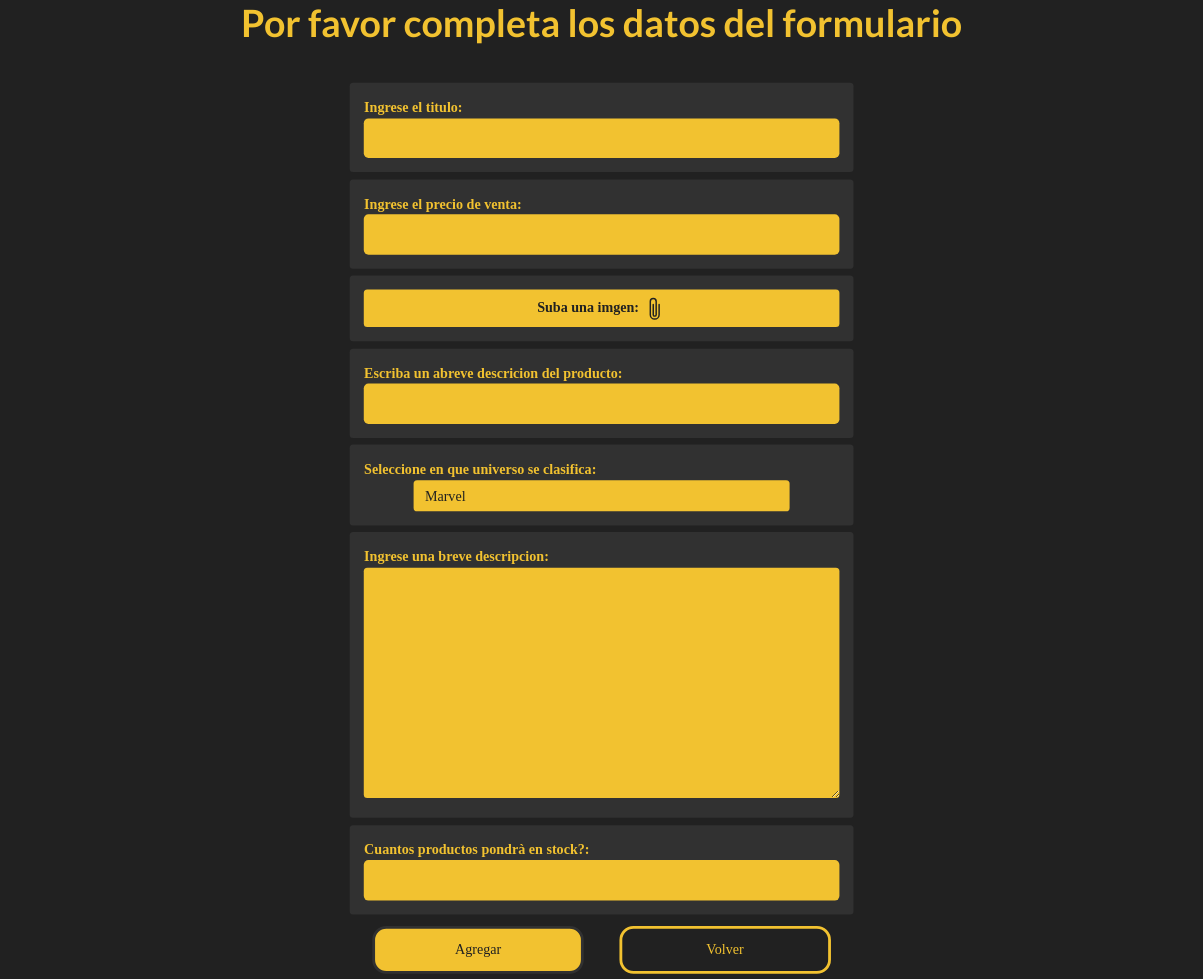
Repository: AlejandroJesusSerrano/desafioServerRouter
Page: public/index.html
These files come from the project's save history. The page is drawn as it stood at one moment and after the next save; the edit follows.
The browser window is 1280 px wide. The pictures show the whole page, at 94% of full size.
The page's requests for data from a server got no answer. Some web fonts or font styles are not loaded; a fallback is used. Some web libraries are served in a nearby version.

Above is the page before, as saved 2022-08-09 23:12:26.

After the next save:
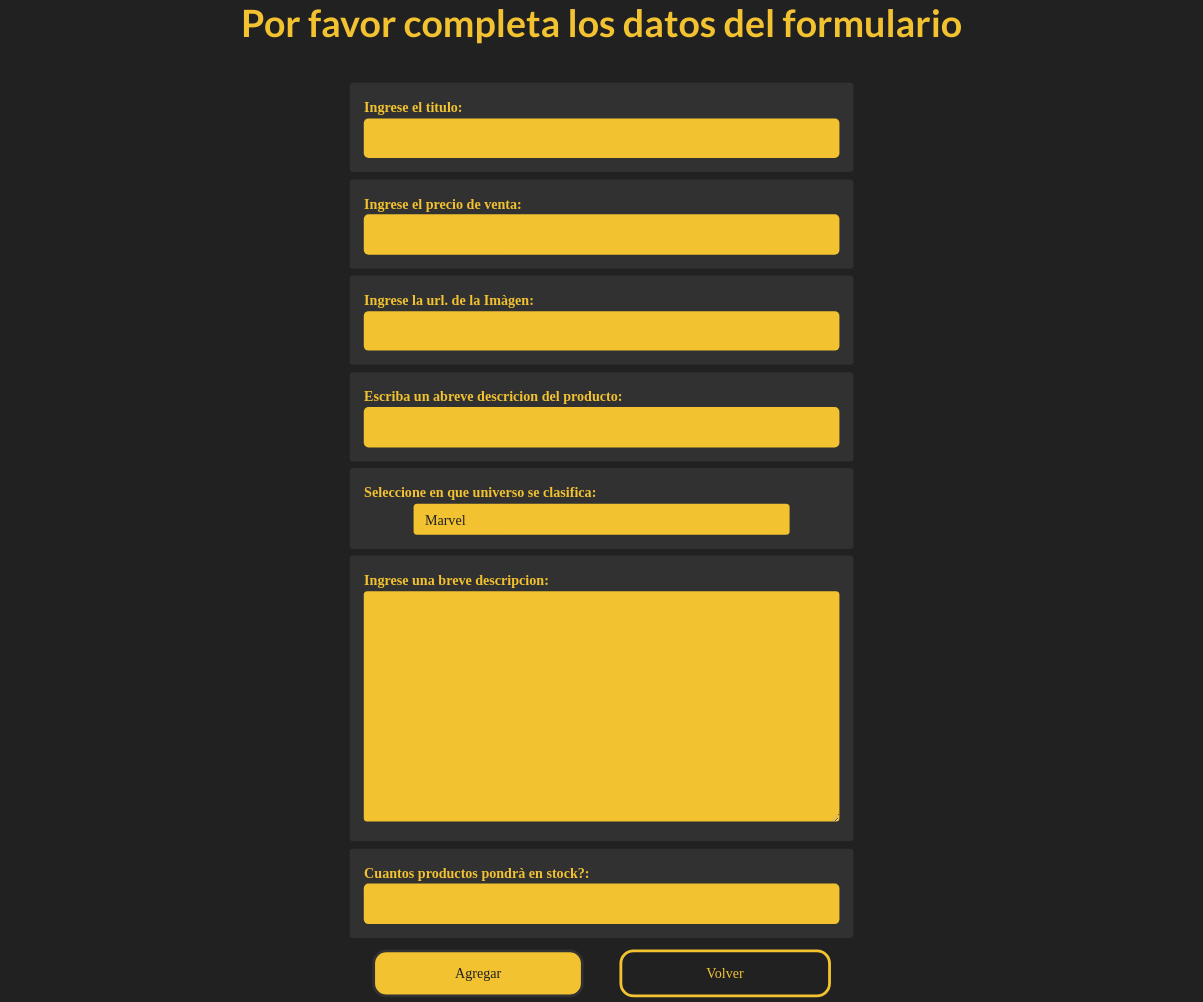
Saved 6 min 22 s later.
--- a/public/index.html
+++ b/public/index.html
@@ -22,7 +22,11 @@
                 <label for="price">Ingrese el precio de venta:</label>
                 <input name="price" id="price"  type="number">
             </div>
-            <div class="image">
+            <div class="title">
+                <label for="url">Ingrese la url. de la Imàgen:</label>
+                <input name="url" id="url"  type="url">
+            </div>
+            <!-- <div class="image">
                 <div class="btnModel">
                     <label class="lblImg" for="imgAf">Suba una imgen:
                         <svg xmlns="http://www.w3.org/2000/svg" width="25" height="25" fill="#212121" class="bi bi-paperclip" viewBox="0 0 16 16">
@@ -31,7 +35,7 @@
                     </label>
                     <input type="file" id="imgAf" name="imgAf" style="display:none">
                 </div>
-            </div>
+            </div> -->
             <div class="desc">
                 <label for="description">Escriba un abreve descricion del producto:</label>
                 <input name="description" id="description"  type="text">
